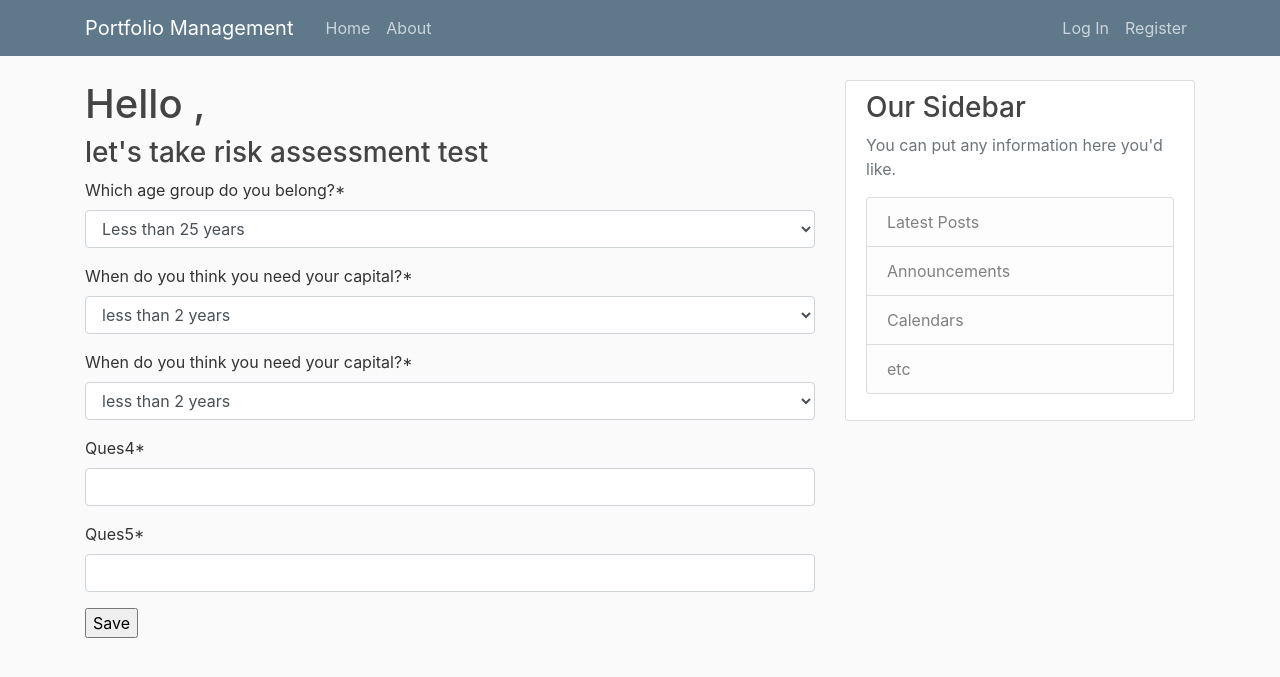
Repository: rahulsolankib/portfolio
Page: http://localhost/questions/
These files come from the project's save history. The page is drawn as it stood at one moment and after the next save; the edit follows.
The browser window is 1280 px wide. The pictures show the whole page.
The page is served by the project's application, run on Django 3.2 (manage.py).

Above is the page before, as saved 2020-10-20 00:38:11.

After the next save:
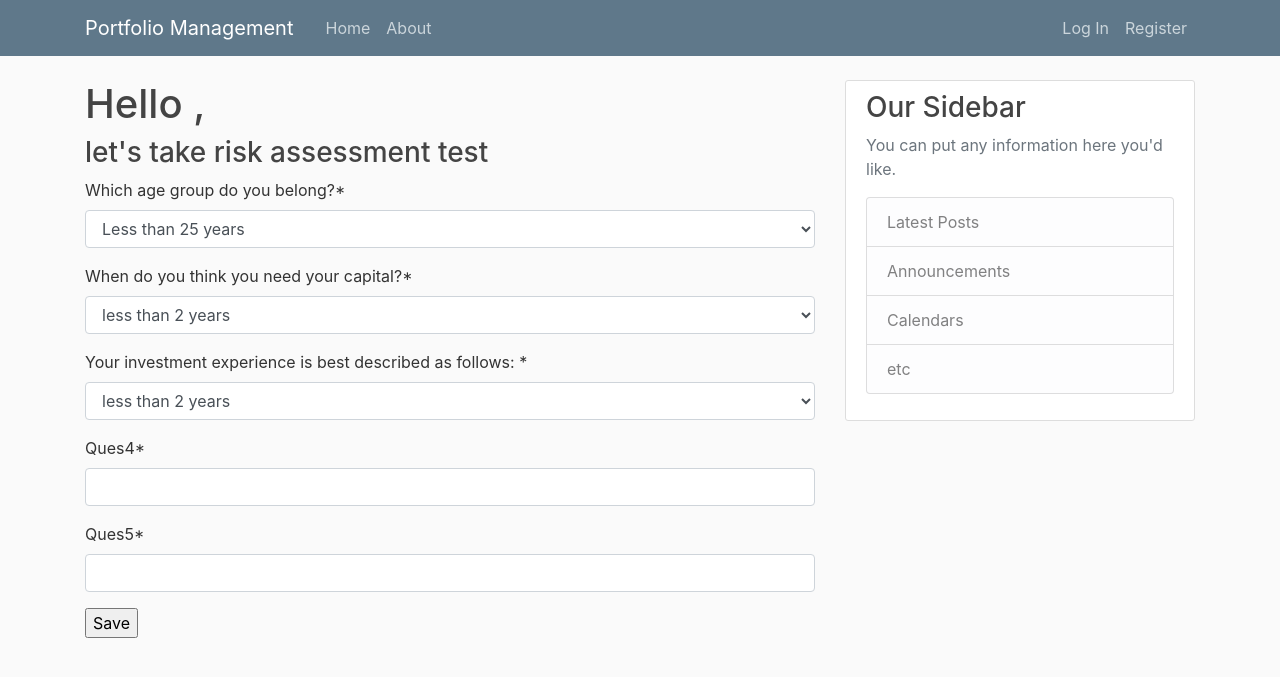
Saved 51 s later.
--- a/riskCalculator/forms.py
+++ b/riskCalculator/forms.py
@@ -19,7 +19,7 @@ class QForm(forms.Form):
 
     ques1 = forms.TypedChoiceField(label='Which age group do you belong?',choices=age_group, coerce=int, initial=4)
     ques2 = forms.TypedChoiceField(label='When do you think you need your capital?',choices=returnyear_group, coerce=int, initial=1)
-    ques3 = forms.TypedChoiceField(label='When do you think you need your capital?',choices=returnyear_group, coerce=int, initial=1)
+    ques3 = forms.TypedChoiceField(label='Your investment experience is best described as follows: ',choices=returnyear_group, coerce=int, initial=1)
     ques4 = forms.CharField()
     ques5 = forms.CharField()
 
